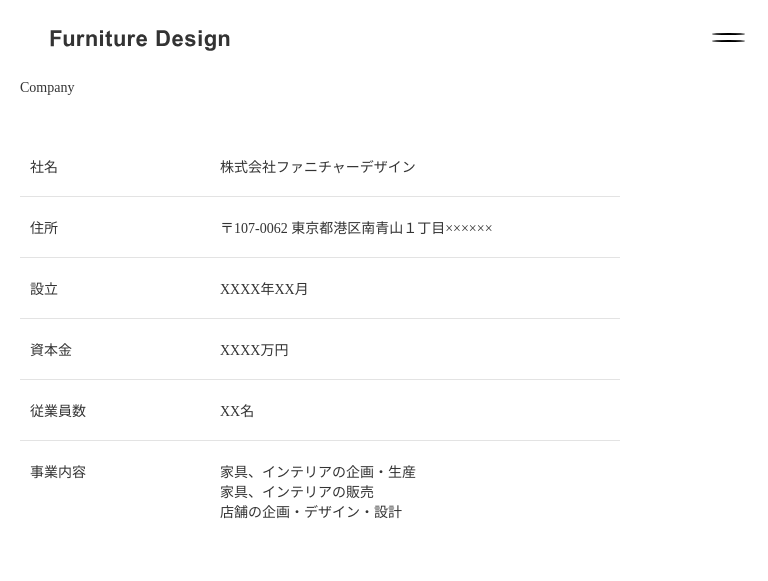
Repository: n19880405nick/challenge
Page: Codestep/Furniture Design/company.html
The author's editor kept a record of every edit. The page is drawn from the files as they stood at one moment, then again after the next edit.
The browser window is 768 px wide. The pictures show the part of the page from y = 0 to 581 px (the page is 982 px tall before and 1102 px after).
Pictures or frames that could not be fetched are drawn as grey boxes.

Above is the page before.

After the next edit:
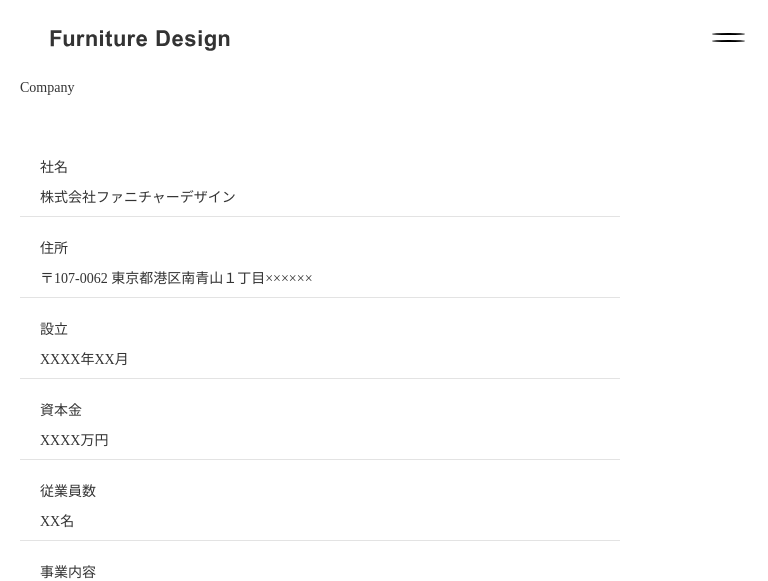
The edit:
--- a/Codestep/Furniture Design/css/fd.css
+++ b/Codestep/Furniture Design/css/fd.css
@@ -311,3 +311,14 @@ main p{
 .company-contents iframe{
   filter: grayscale(100%);
 }
+
+@media screen and (max-width: 900px){
+  .about-company dt{
+    float: none;
+    padding: 20px 0 0 20px;
+  }
+
+  .about-company dd{
+    padding: 10px 0 10px 20px;
+  }
+}
